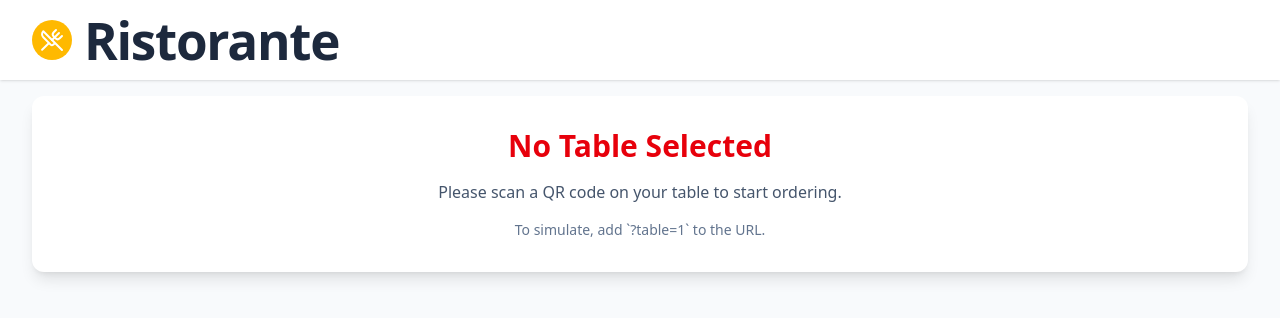
Repository: JoBaHP/react-livorno
Page: / (app in ordering-system/frontend/)
The author's editor kept a copy of each file at every save. The page is drawn from the files as they stood at one save, then again after the next save.
The browser window is 1280 px wide. The pictures show the whole page.
The page's requests for data from a server got no answer. The project was rebuilt for these pictures with package versions that can differ from the ones it lists, and the page was loaded fresh each time. No one was signed in, and anything a server would have sent is missing. Also part of the build but not shown: ordering-system/frontend/vite.config.js, ordering-system/frontend/src/components/MenuItem.jsx, ordering-system/frontend/src/components/CartView.jsx, ordering-system/frontend/src/components/OrderStatusDisplay.jsx, ordering-system/frontend/src/StaffLayout.jsx, ordering-system/frontend/src/views/LoginView.jsx, ordering-system/frontend/src/components/OrderCard.jsx, ordering-system/frontend/src/pushNotifications.jsx and 11 more.

Above is the page before, as saved 2025-08-11 15:57:57.

After the next save:
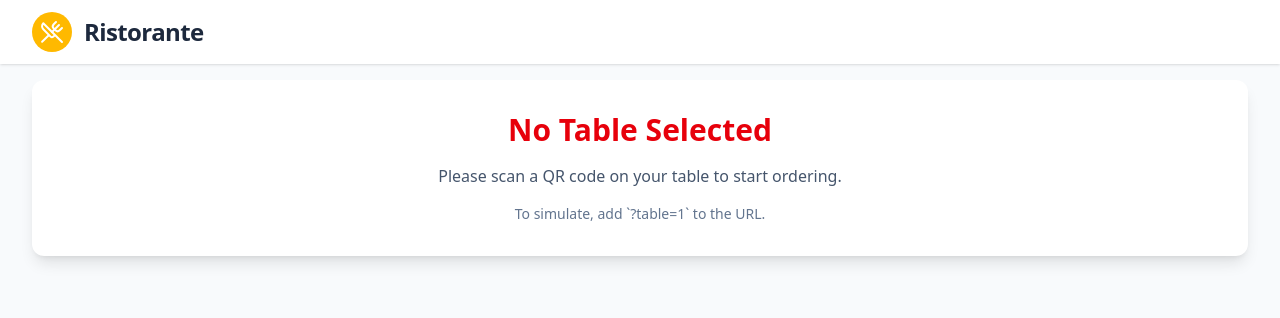
Saved 3 min 31 s later.
--- a/ordering-system/frontend/src/index.css
+++ b/ordering-system/frontend/src/index.css
@@ -1,68 +1,8 @@
 @import "tailwindcss";
 
-:root {
-  font-family: system-ui, Avenir, Helvetica, Arial, sans-serif;
-  line-height: 1.5;
-  font-weight: 400;
-
-  color-scheme: light dark;
-  color: rgba(255, 255, 255, 0.87);
-  background-color: #242424;
-
-  font-synthesis: none;
-  text-rendering: optimizeLegibility;
-  -webkit-font-smoothing: antialiased;
-  -moz-osx-font-smoothing: grayscale;
-}
-
-a {
-  font-weight: 500;
-  color: #646cff;
-  text-decoration: inherit;
-}
-a:hover {
-  color: #535bf2;
-}
-
+/* Add a default background color and font smoothing for a modern look */
 body {
   background-color: #f1f5f9; /* This is slate-100 in Tailwind */
   -webkit-font-smoothing: antialiased;
   -moz-osx-font-smoothing: grayscale;
 }
-
-h1 {
-  font-size: 3.2em;
-  line-height: 1.1;
-}
-
-button {
-  border-radius: 8px;
-  border: 1px solid transparent;
-  padding: 0.6em 1.2em;
-  font-size: 1em;
-  font-weight: 500;
-  font-family: inherit;
-  background-color: #1a1a1a;
-  cursor: pointer;
-  transition: border-color 0.25s;
-}
-button:hover {
-  border-color: #646cff;
-}
-button:focus,
-button:focus-visible {
-  outline: 4px auto -webkit-focus-ring-color;
-}
-
-@media (prefers-color-scheme: light) {
-  :root {
-    color: #213547;
-    background-color: #ffffff;
-  }
-  a:hover {
-    color: #747bff;
-  }
-  button {
-    background-color: #f9f9f9;
-  }
-}
